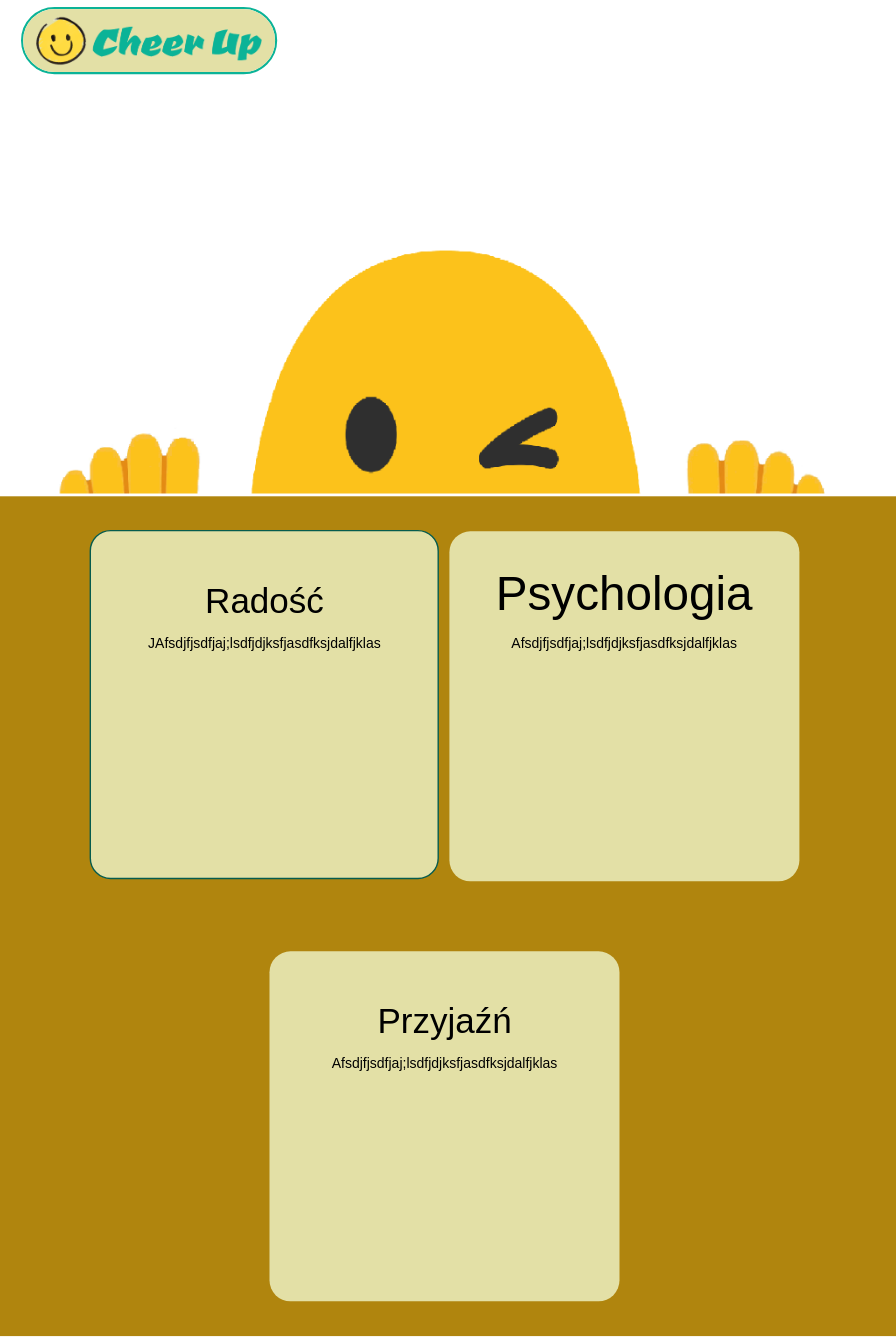
Repository: addstaw/moja-strona
Page: index.html
The author's editor kept a copy of each file at every save. The page is drawn from the files as they stood at one save, then again after the next save.
The browser window is 1280 px wide. The pictures show the part of the page from y = 0 to 1920 px (the page is 2909 px tall), at 70% of full size.
The pointer rests on the first visible `#introduce`.
Some web fonts or font styles are not loaded; a fallback is used.

Above is the page before, as saved 2020-04-23 07:40:08.

After the next save:
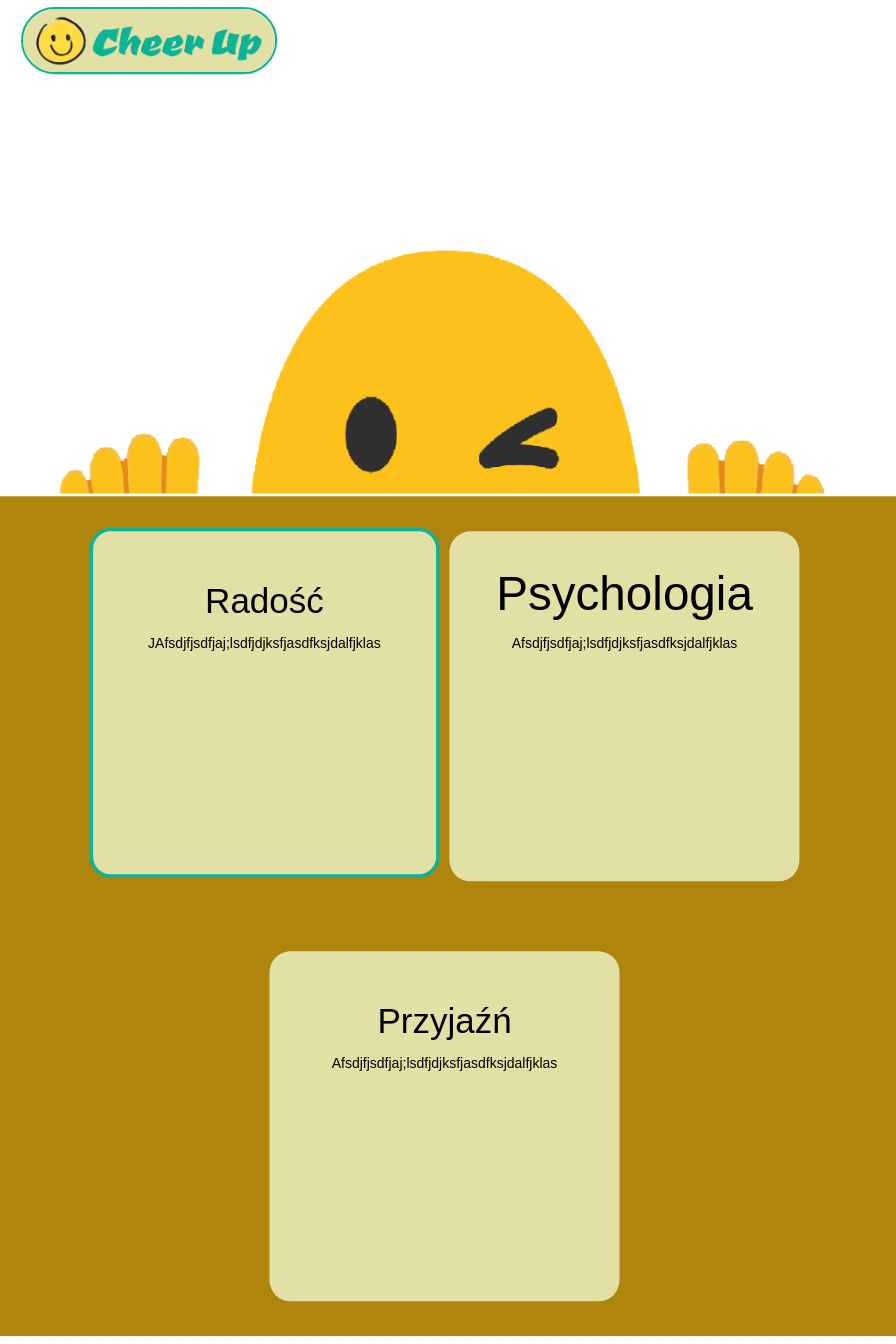
Saved 17 s later.
--- a/css/style2.css
+++ b/css/style2.css
@@ -58,7 +58,7 @@
         display: inline-block;
         border-radius: 30px;
         border: solid 5px #0bb397;
-        transition: 5s;
+        transition: 0.5s;
     }
 #white{
     height: 500px;
